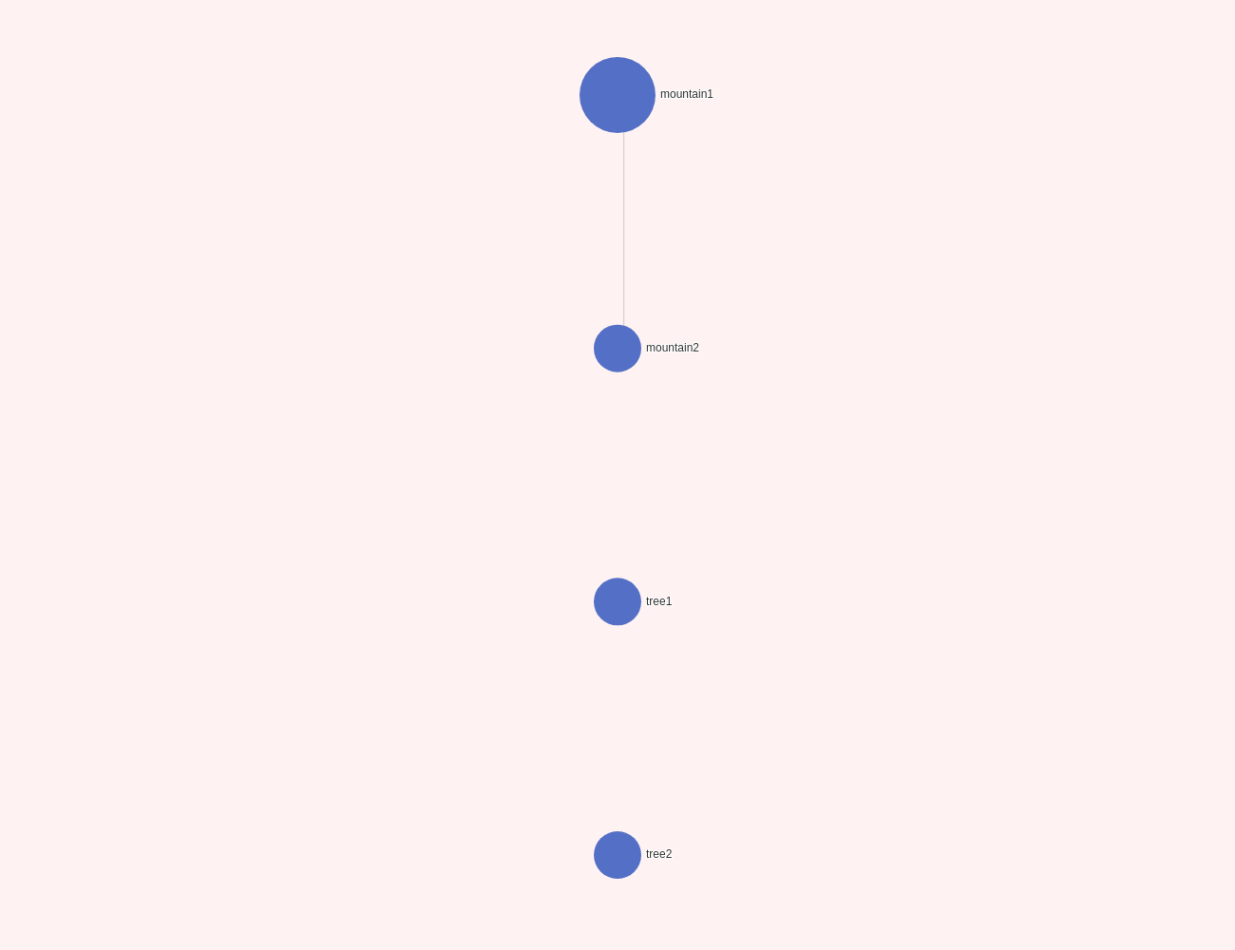
Repository: gaosth/Eyesee
Page: /link
These files come from the project's save history. The page is drawn as it stood at one moment and after the next save; the edit follows.
The browser window is 1280 px wide. The page is 1300 px wide, so the pictures cover 1300 px, including what lies to the right of the window. The pictures show the whole page, at 95% of full size.
The project was rebuilt for these pictures with package versions that can differ from the ones it lists, and the page was loaded fresh each time. Also part of the build but not shown: vite.config.js, src/components/WelcomeItem.vue, src/components/icons/IconDocumentation.vue, src/components/icons/IconTooling.vue, src/components/icons/IconEcosystem.vue, src/components/icons/IconCommunity.vue, src/components/icons/IconSupport.vue, src/components/TheWelcome.vue and 16 more.

Above is the page before, as saved 2024-03-19 14:38:13.

### src/main.js
import './assets/main.css'

import { createApp } from 'vue'
import { createPinia } from 'pinia'

import App from './App.vue'
import router from './router'
import axios from 'axios'

axios.defaults.baseURL = 'http://127.0.0.1:8000'

const app = createApp(App)

app.use(createPinia())
// app.use(router)
app.use(router,axios)

app.mount('#app')

### src/App.vue
<template>
  <main>
    <RouterView />
  </main>
</template>

### src/router/index.js
import { createRouter, createWebHistory } from 'vue-router'
import HomeView from '../views/HomeView.vue'
import Agent from '../views/Agent.vue'
import Heatmap from '../components/Heatmap.vue'
import Test from '../views/reference.vue'
import DetailView from '../views/DetailView.vue'
import Detail2View from '../views/Detail2View.vue'
import AnalyzeView from '../views/AnalyzeView.vue'
import Sankey from '../components/Sankey.vue'
import LinkView from '../components/imgLink.vue'

const router = createRouter({
  history: createWebHistory(import.meta.env.BASE_URL),
  routes: [
    {
      path: '/',
      name: 'home',
      component: Agent
    },
    {
      path: '/about',
      name: 'about',
      // route level code-splitting
      // this generates a separate chunk (About.[hash].js) for this route
      // which is lazy-loaded when the route is visited.
      component: () => import('../views/AboutView.vue')
    },
    {
      path: '/Agent',
      name: 'Agent',
      component: Agent
    },
    {
      path: '/Heatmap',
      name: 'Heatmap',
      component: Heatmap
    },
    {
      path: '/test',
      name: 'test',
      component: Test
    },
    {
      path: '/detail',
      name: 'detail',
      component: DetailView
    },
    {
      path: '/detail2',
      name: 'detail2',
      component: Detail2View
    },
    {
      path: '/analyze',
      name: 'analyze',
      component: AnalyzeView
    },
    {
      path: '/sankey',
      name: 'sankey',
      component: Sankey
    },
    {
      path: '/link',
      name: 'link',
      component: LinkView
    },
  ]
})

export default router

### src/components/imgLink.vue
<template>
    <div ref="chartDom" class="chartDom bg-red-50" style="width: 1300px;height:1000px;">
    </div>
  </template>

  <script setup>
  import * as echarts from 'echarts'
  import { ref, onMounted, watch } from 'vue'
  const chartDom = ref()

  const option = {
    tooltip: {
    },
    series: {
            type: 'graph',
            layout: 'none',
            data: [
            {
                id: '0',
                name: 'mountain1',
                symbolSize: 80,
                x: 100,
                y: 100

            },
            {
                id: '1',
                name: 'mountain2',
                symbolSize: 50,
                x: 100,
                y: 120
            },
            {
                id: '2',
                name: 'tree1',
                symbolSize: 50,
                x: 100,
                y: 140
            },
            {
                id: '3',
                name: 'tree2',
                symbolSize: 50,
                x: 100,
                y: 160
            },
            ],
            links: [
            {
                source: '0',
                target: '1',
            },
            ],
            roam: true,
            label: {
                show: true,
                position: 'right',
                formatter: '{b}'
            },
            labelLayout: {
                hideOverlap: true
            },
            scaleLimit: {
                min: 0.4,
                max: 2
            },
        }
  }
  // 不赋值给ref响应式Proxy对象
  let chart

  onMounted(() => {
    chart = echarts.init(chartDom.value)
    chart.setOption(option)
  })
  </script>

Loaded but not shown: index.html (common file); src/assets/main.css (common file); tailwind.config.js (common file)

After the next save:
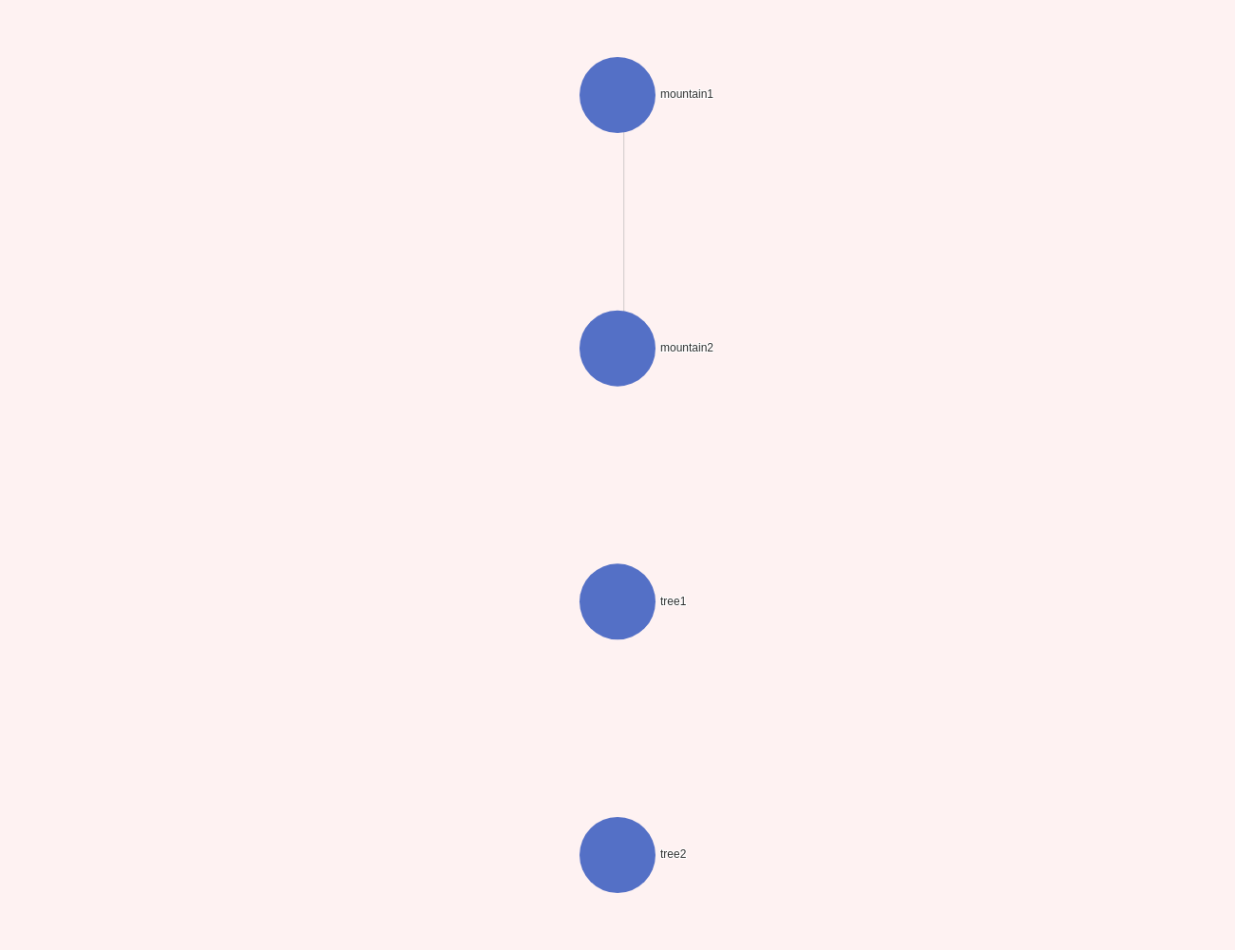
Saved 13 s later.
--- a/src/components/imgLink.vue
+++ b/src/components/imgLink.vue
@@ -26,21 +26,21 @@
             {
                 id: '1',
                 name: 'mountain2',
-                symbolSize: 50,
+                symbolSize: 80,
                 x: 100,
                 y: 120
             },
             {
                 id: '2',
                 name: 'tree1',
-                symbolSize: 50,
+                symbolSize: 80,
                 x: 100,
                 y: 140
             },
             {
                 id: '3',
                 name: 'tree2',
-                symbolSize: 50,
+                symbolSize: 80,
                 x: 100,
                 y: 160
             },
